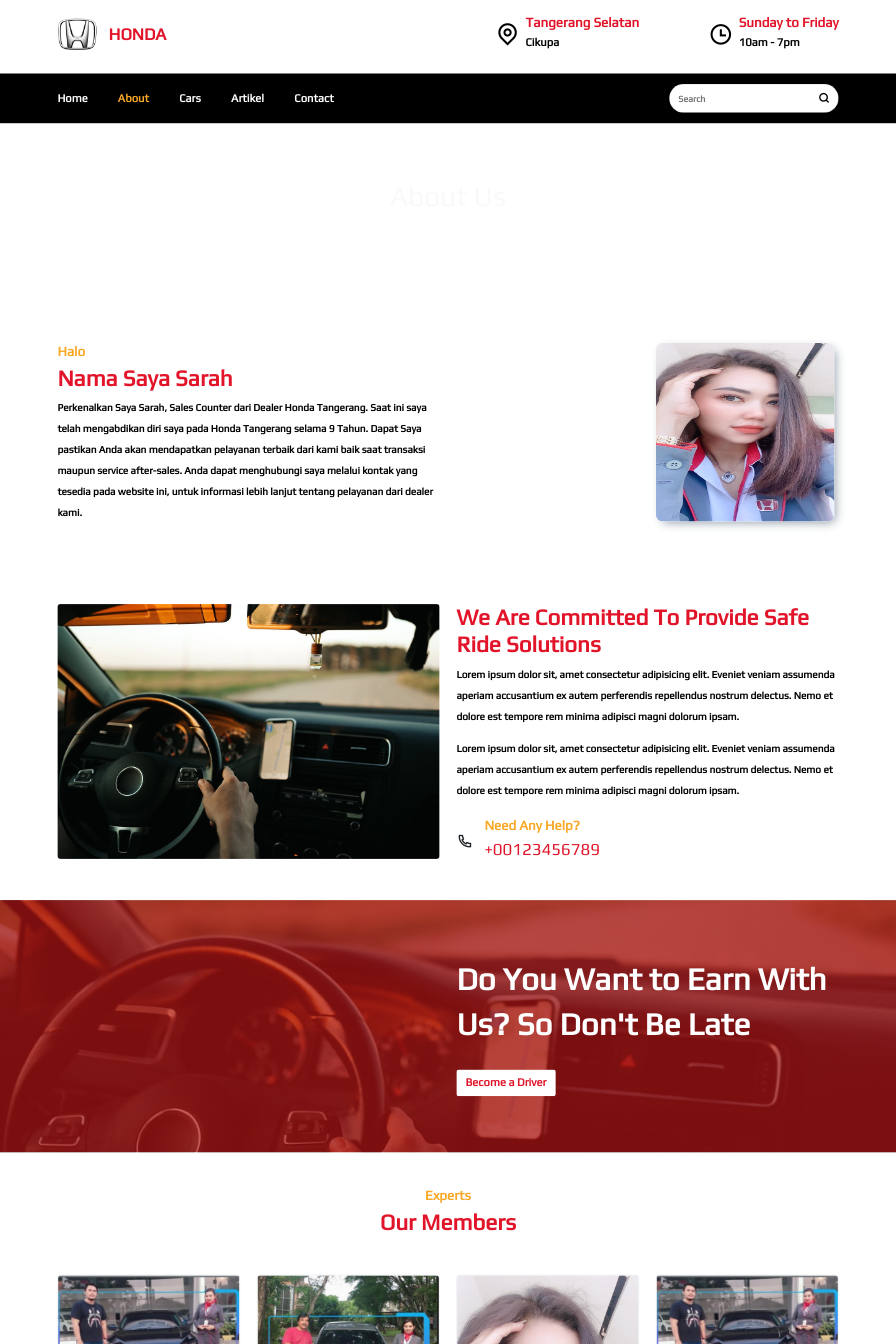
Repository: stevenxylver/Honda
Page: /about
The author's editor kept a copy of each file at every save. The page is drawn from the files as they stood at one save, then again after the next save.
The browser window is 1280 px wide. The pictures show the part of the page from y = 0 to 1920 px (the page is 2834 px tall), at 70% of full size.
Pictures or frames that could not be fetched are drawn as grey boxes. The project was rebuilt for these pictures with package versions that can differ from the ones it lists, and the page was loaded fresh each time. Also part of the build but not shown: src/styles/hero-slider.css, src/components/UI/HeroSlider.jsx, src/components/UI/FindCarForm.jsx, src/styles/services-list.css, src/assets/data/serviceData.js, src/components/UI/ServicesList.jsx, src/components/UI/Example.jsx, src/assets/data/carData.js and 20 more.

Above is the page before, as saved 2022-11-20 10:15:09.

### src/index.css
/* ======== google fonts ======== */
@import url("https://fonts.googleapis.com/css2?family=Source+Sans+Pro:wght@200;300;400;600;700;900&display=swap");
@import url('https://fonts.googleapis.com/css2?family=Play&display=swap');
/* ======= base style ====== */
* {
  margin: 0;
  padding: 0;
  box-sizing: border-box;
  /* font-family: "Source Sans Pro", sans-serif; */
  font-family: 'Play', sans-serif;

}

/* ========= pre-define css ========= */
h1,
h2,
h3,
h4,
h5,
h6 {
  color: #E11429;
  font-weight: 600;
  margin-bottom: 0;
}

h3,
h4 {
  font-size: 1.6rem;
}

h5,
h6 {
  font-size: 1.2rem;
}

a {
  text-decoration: none;
  color: unset;
}

a:hover {
  color: unset;
}

ul {
  margin: 0;
  list-style: none;
}

.section__title {
  color: #E11429;
  font-weight: 600;
  font-size: 2rem;
}

.section__subtitle {
  color: #f9a826;
  font-weight: 600;
  font-size: 1.2rem;
}

.section__description {
  color: #000;
  font-size: 0.9rem;
  line-height: 30px;
  font-weight: 600;
}

section {
  padding: 50px 0px;
}

.btn {
  padding: 7px 15px;
  background: #E11429;
  color: #fff;
  border: none;
  outline: none;
  border-radius: 5px;
  transition: 0.3s;
}

.btn:hover {
  color: #fff !important;
  background: #E11429;
}

@media only screen and (max-width: 768px) {
  section {
    padding: 30px 0px;
  }

  .section__title {
    font-size: 1.6rem;
  }

  .section__subtitle {
    font-size: 1.1rem;
  }
}

### src/components/Footer/Footer.jsx
import React from "react";

import { Container, Row, Col, ListGroup, ListGroupItem } from "reactstrap";
import { Link } from "react-router-dom";
import "../../styles/footer.css";

const quickLinks = [
  {
    path: "/about",
    display: "About",
  },

  {
    path: "#",
    display: "Privacy Policy",
  },

  {
    path: "/cars",
    display: "Car Listing",
  },
  {
    path: "/blogs",
    display: "Blog",
  },

  {
    path: "/contact",
    display: "Contact",
  },
];

const Footer = () => {
  const date = new Date();
  const year = date.getFullYear();
  return (
    <footer className="footer">
      <Container>
        <Row>
          <Col lg="4" md="4" sm="12">
            <div className="logo footer__logo">
              <h1>
                <Link to="/home" className=" d-flex align-items-center gap-2">
                  <i class="ri-car-line"></i>
                  <span>
                    Rent Car <br /> Service
                  </span>
                </Link>
              </h1>
            </div>
            <p className="footer__logo-content">
              Lorem ipsum dolor sit amet consectetur adipisicing elit.
              Consequuntur, distinctio, itaque reiciendis ab cupiditate harum ex
              quam veniam, omnis expedita animi quibusdam obcaecati mollitia?
              Delectus et ad illo recusandae temporibus?
            </p>
          </Col>

          <Col lg="2" md="4" sm="6">
            <div className="mb-4">
              <h5 className="footer__link-title">Quick Links</h5>
              <ListGroup>
                {quickLinks.map((item, index) => (
                  <ListGroupItem key={index} className="p-0 mt-3 quick__link">
                    <Link to={item.path}>{item.display}</Link>
                  </ListGroupItem>
                ))}
              </ListGroup>
            </div>
          </Col>

          <Col lg="3" md="4" sm="6">
            <div className="mb-4">
              <h5 className="footer__link-title mb-4">Head Office</h5>
              <p className="office__info">123 Zindabazar, Sylhet, Bangladesh</p>
              <p className="office__info">Phone: +0995345875365</p>

              <p className="office__info">Email: muhib5532@gmail.com</p>

              <p className="office__info">Office Time: 10am - 7pm</p>
            </div>
          </Col>

          <Col lg="3" md="4" sm="12">
            <div className="mb-4">
              <h5 className="footer__link-title">Newsletter</h5>
              <p className="section__description">Subscribe our newsletter</p>
              <div className="newsletter">
                <input type="email" placeholder="Email" />
                <span>
                  <i class="ri-send-plane-line"></i>
                </span>
              </div>
            </div>
          </Col>

          <Col lg="12">
            <div className="footer__bottom">
              <p className="section__description d-flex align-items-center justify-content-center gap-1 pt-4">
                <i class="ri-copyright-line"></i>Copyright {year}, Developed by
                Muhibur Rahman. All rights reserved.
              </p>
            </div>
          </Col>
        </Row>
      </Container>
    </footer>
  );
};

export default Footer;

### src/styles/header.css
.header__top {
  padding: 10px 0px;
  background: #E11429;
  color: #fff;
}


.honda
{
width: 57px;
height: 57px;
}

.header__top__left {
  display: flex;
  align-items: center;
  column-gap: 1rem;
}

.header__top__left span {
  font-size: 0.9rem;
}

.header__top__help {
  display: flex;
  align-items: center;
  column-gap: 0.4rem;
}

.header__top__help i {
  background: #fff;
  color: #E11429;
  padding: 2px 4px;
  border-radius: 50px;
  font-size: 0.7rem;
}

.header__top__right a {
  text-decoration: none;
  color: #fff;
  font-size: 0.9rem;
}

.header__top__right a:hover {
  color: #fff;
}

/* ============ header middle style =========== */

.header__middle {
  padding: 20px 0px;
}

.logo h1 a span {
  font-size: 1.5rem;
}

.logo h1 a i {
  font-size: 2.2rem;
}

.logo h1 a {
  text-decoration: none;
  color: #E11429;
  font-weight: 900;
}

.logo h1 {
  line-height: 1.5rem;
}

.header__location span i {
  font-size: 2.2rem;
  color: #000000;
}

.header__location-content h4 {
  font-size: 1.2rem;
  font-weight: 700;
  color: #E11429;
}

.header__location-content h6 {
  font-weight: 600;
  color: #000000;
}

.header__btn {
  background: #E11429 !important;
  padding: 10px 20px;
  border: none;
  outline: none;
  border-radius: 5px;
}

.header__btn a {
  display: flex;
  align-items: center;
  column-gap: 0.4rem;
  text-decoration: none;
  color: #fff;
  justify-content: end;
  font-size: 0.9rem;
  font-weight: 1000;
}


.header__btn a:hover {
  color: #fff;
}

/* ================ main navbar styles =========== */

.main__navbar {
  padding: 15px 0px;
  background: #000000;
}

.mobile__menu i {
  color: #fff;
  font-size: 1.3rem;
  cursor: pointer;
}

.mobile__menu {
  display: none;
}

.menu {
  display: flex;
  align-items: center;
  column-gap: 2.7rem;
}

.nav__item {
  color: #fff;
  text-decoration: none;
  transition: 0.3s;
  font-weight: 1000;
}

.nav__item:hover {
  color: #f9a826;
}



.search__box {
  border: 1px solid #7c8a972f;
  padding: 7px 12px;
  display: flex;
  align-items: center;
  border-radius: 50px;
  background: #020a4de9;
}

.search__box {
  border: 1px solid #7c8a972f;
  padding: 7px 12px;
  display: flex;
  align-items: center;
  border-radius: 50px;
  background: #fff;
  font-weight: 1000;
}

.search__box input {
  background: transparent;
  border: none;
  outline: none;
  color: #fff;
  cursor: pointer;
}

.search__box input::placeholder {
  font-size: 0.8rem;
  font-weight:800;
}
.search__box span i {
  color: #000000;
  cursor: pointer;
}

.nav__active {
  color: #f9a826;
}

@media only screen and (max-width: 768px) {
  .header__top,
  .header__middle,
  .nav__right {
    display: none;
  }

  .mobile__menu {
    display: block;
  }

  .navigation {
    background: rgb(0, 13, 107, 0.6);
    width: 100%;
    height: 100%;
    position: fixed;
    top: 0;
    left: 0;
    z-index: 9999;
    display: none;
  }

  .menu {
    width: 250px;
    height: 100%;
    background: #fff;
    display: flex;
    align-items: center;
    flex-direction: column;
    row-gap: 2rem;
    justify-content: center;
  }

  .menu a {
    color: #E11429;
    font-weight: 600;
    font-size: 0.9rem;
  }

  .menu__active {
    display: block;
  }


}

### src/styles/footer.css
.footer {
  background: #000000;
  padding-top: 50px;
  padding-bottom: 15px;
}

.footer__logo i {
  color: #fff;
  font-weight: 400;
}

.footer__logo span {
  color: #fff;
  font-weight: 500;
}

.footer__logo-content {
  color: rgba(255, 255, 255, 0.715);
  margin-top: 15px;
  line-height: 30px;
}

.quick__link {
  border: none !important;
  background: transparent !important;
}

.quick__link a {
  color: rgba(255, 255, 255, 0.715);
  text-decoration: none;
  font-weight: 300;
  transition: 0.3s;
}

.quick__link a:hover {
  color: #f9a826;
}

.footer__link-title {
  color: #fff;
}

.office__info {
  color: rgba(255, 255, 255, 0.715);
  font-weight: 300;
}

.newsletter {
  display: flex;
  align-items: center;
  justify-content: space-between;
  padding: 8px 12px;
  border: 1px solid #7c8a972f;
  border-radius: 50px;
  background: #020a4de9;
}

.newsletter input {
  background: transparent;
  color: #fff;
  border: none;
  outline: none;
}

.newsletter span i {
  color: #fff;
}

.footer__bottom {
  border-top: 1px solid #7c8a972f;
}

@media only screen and (max-width: 768px) {
  .footer__logo-content {
    font-size: 0.8rem;
  }

  .quick__link,
  .office__info {
    font-size: 0.8rem;
    line-height: 1.5rem;
  }

  .footer__link-title {
    font-size: 1rem;
    margin-top: 15px;
  }

  .footer__bottom p {
    font-size: 0.7rem;
  }


}

### src/pages/About.jsx
import React from "react";

import CommonSection from "../components/UI/CommonSection";
import Helmet from "../components/Helmet/Helmet";
import AboutSection from "../components/UI/AboutSection";
import { Container, Row, Col } from "reactstrap";
import BecomeDriverSection from "../components/UI/BecomeDriverSection";

import driveImg from "../assets/all-images/drive.jpg";
import OurMembers from "../components/UI/OurMembers";
import "../styles/about.css";

const About = () => {
  return (
    <Helmet title="About">
      <CommonSection title="About Us" />
      <AboutSection aboutClass="aboutPage" />

      <section className="about__page-section">
        <Container>
          <Row>
            <Col lg="6" md="6" sm="12">
              <div className="about__page-img">
                <img src={driveImg} alt="" className="w-100 rounded-3" />
              </div>
            </Col>

            <Col lg="6" md="6" sm="12">
              <div className="about__page-content">
                <h2 className="section__title">
                  We Are Committed To Provide Safe Ride Solutions
                </h2>

                <p className="section__description">
                  Lorem ipsum dolor sit, amet consectetur adipisicing elit.
                  Eveniet veniam assumenda aperiam accusantium ex autem
                  perferendis repellendus nostrum delectus. Nemo et dolore est
                  tempore rem minima adipisci magni dolorum ipsam.
                </p>

                <p className="section__description">
                  Lorem ipsum dolor sit, amet consectetur adipisicing elit.
                  Eveniet veniam assumenda aperiam accusantium ex autem
                  perferendis repellendus nostrum delectus. Nemo et dolore est
                  tempore rem minima adipisci magni dolorum ipsam.
                </p>

                <div className=" d-flex align-items-center gap-3 mt-4">
                  <span className="fs-4">
                    <i class="ri-phone-line"></i>
                  </span>

                  <div>
                    <h6 className="section__subtitle">Need Any Help?</h6>
                    <h4>+00123456789</h4>
                  </div>
                </div>
              </div>
            </Col>
          </Row>
        </Container>
      </section>

      <BecomeDriverSection />

      <section>
        <Container>
          <Row>
            <Col lg="12" className="mb-5 text-center">
              <h6 className="section__subtitle">Experts</h6>
              <h2 className="section__title">Our Members</h2>
            </Col>
            <OurMembers />
          </Row>
        </Container>
      </section>
    </Helmet>
  );
};

export default About;

### src/components/UI/AboutSection.jsx
import React from "react";
import { Container, Row, Col } from "reactstrap";
import "../../styles/about-section.css";
import aboutImg from "../../assets/all-images/ava-3.jpg";

const AboutSection = ({ aboutClass }) => {
  return (
    <section
      className="about__section"
      style={
        aboutClass === "aboutPage"
          ? { marginTop: "0px" }
          : { marginTop: "280px" }
      }
    >
      <Container>
        <Row>
          <Col lg="6" md="6">
            <div className="about__section-content">
              <h4 className="section__subtitle">Halo</h4>
              <h2 className="section__title">Nama Saya Sarah</h2>
              <p className="section__description">
              Perkenalkan Saya Sarah, Sales Counter dari Dealer Honda Tangerang. Saat ini saya telah mengabdikan diri saya pada Honda Tangerang selama 9 Tahun. Dapat Saya pastikan Anda akan mendapatkan pelayanan terbaik dari kami baik saat transaksi maupun service after-sales. Anda dapat menghubungi saya melalui kontak yang tesedia pada website ini, untuk informasi lebih lanjut tentang pelayanan dari dealer kami.
              </p>


            </div>
          {/* </Col>
          <Col lg="3" md="6"> */}

          </Col>

          <Col md={{
        offset: 3,
        size: 3
      }}>
            <div className="about__img">
              <img src={aboutImg} alt="" className="about"/>
            </div>
          </Col>
        </Row>
      </Container>
    </section>
  );
};

export default AboutSection;

### src/components/UI/BecomeDriverSection.jsx
import React from "react";
import "../../styles/become-driver.css";
import { Container, Row, Col } from "reactstrap";

// import driverImg from "../../assets/all-images/toyota-offer-2.png";

const BecomeDriverSection = () => {
  return (
    <section className="become__driver">
      <Container>
        <Row>
          <Col lg="6" md="6" sm="12" className="become__driver-img">
          <iframe width="100%" height="130%"  src="https://www.youtube.com/embed/w7pgDpsCZ2E" frameborder="0"  title="YouTube video player" allowfullscreen="true"></iframe>
          </Col>


          <Col lg="6" md="6" sm="12">
            <h2 className="section__title become__driver-title">
              Do You Want to Earn With Us? So Don't Be Late
            </h2>

            <button className="btn become__driver-btn mt-4">
              Become a Driver
            </button>
          </Col>
        </Row>
      </Container>
    </section>
  );
};

export default BecomeDriverSection;

### src/components/UI/OurMembers.jsx
import React from "react";
import "../../styles/our-member.css";
import { Col } from "reactstrap";
import { Link } from "react-router-dom";
import ava01 from "../../assets/all-images/ava-1.jpg";
import ava02 from "../../assets/all-images/ava-2.jpg";
import ava03 from "../../assets/all-images/ava-3.jpg";

const OUR__MEMBERS = [
  {
    name: "Jhon Doe",
    experience: "5 years of experience",
    fbUrl: "#",
    instUrl: "#",
    twitUrl: "#",
    linkedinUrl: "#",
    imgUrl: ava01,
  },

  {
    name: "David Lisa",
    experience: "5 years of experience",
    fbUrl: "#",
    instUrl: "#",
    twitUrl: "#",
    linkedinUrl: "#",
    imgUrl: ava02,
  },

  {
    name: "Hilton King",
    experience: "5 years of experience",
    fbUrl: "#",
    instUrl: "#",
    twitUrl: "#",
    linkedinUrl: "#",
    imgUrl: ava03,
  },

  {
    name: "Jhon Doe",
    experience: "5 years of experience",
    fbUrl: "#",
    instUrl: "#",
    twitUrl: "#",
    linkedinUrl: "#",
    imgUrl: ava01,
  },
];

const OurMembers = () => {
  return (
    <>
      {OUR__MEMBERS.map((item, index) => (
        <Col lg="3" md="3" sm="4" xs="6" key={index} className="mb-4">
          <div className="single__member">
            <div className="single__member-img">
              <img src={item.imgUrl} alt="" className="w-100" />

              <div className="single__member-social">
                <Link to={item.fbUrl}>
                  <i class="ri-facebook-line"></i>
                </Link>
                <Link to={item.twitUrl}>
                  <i class="ri-twitter-line"></i>
                </Link>

                <Link to={item.linkedinUrl}>
                  <i class="ri-linkedin-line"></i>
                </Link>

                <Link to={item.instUrl}>
                  <i class="ri-instagram-line"></i>
                </Link>
              </div>
            </div>

            <h6 className="text-center mb-0 mt-3">{item.name}</h6>
            <p className="section__description text-center">
              {item.experience}
            </p>
          </div>
        </Col>
      ))}
    </>
  );
};

export default OurMembers;

### src/styles/find-car-form.css
.find__cars-left {
  /* background: linear-gradient(rgb(0, 0, 0, 0.8), rgb(0, 0,20, 0.8)),
    url("../assets/all-images/toyota-offer-2.png");
  background-position: center;
  background-repeat: no-repeat;
  background-size: cover; */
  padding: 65px 35px;
  background-color: #E11429;
  /* background: linear-gradient(rgb(225, 20, 41, 0.8), rgb(174, 18,20, 0.8)), */
}

.find__cars-left h2 {
  font-weight: 600;
  font-size: 0.875rem;
  color: #fff;
  text-align: center;
  background-color: #E11429;
}


.steer{
  height: 40px;
  width: 40px;
  align-items: center;
  color: #E11429;
}

.find__cars-left h1 {
  /* font-weight: 600; */
  font-size: 0.75rem;
  color: #fff;
  text-align: center;
  background-color: #E11429;
}

.form__group {
  width: 30%;
  margin-bottom: 0;
}

.form__group input {
  border: 1px solid #7c8a972a;
  padding: 8px 12px;

  width: 100%;
  outline: none;
}
.form__group input::placeholder {
  color: #7c8a97;
}

.section__subtitle{
  color: #000;
}

.ava1
{
  height: 285px;
  width: 500px;
  border-radius: 5px;
}

.section__subtitle{
color: #f9a826;
}
.rent__price{
  color: #000;
}

.form {
  background: #fff;
  padding-top: 55px;
  padding-bottom: 50px;
  padding-left: 15px;
  padding-right: 15px;
}

.select__group {
  width: 30%;
}

.select__group select {
  width: 100%;
  padding: 10px 15px;
  border: 1px solid #7c8a972a;
  outline: none;
  color: #7c8a97;
}

.hero__slider-section {
  position: relative;
  z-index: 10;
  margin-bottom: 200px;
}

.hero__form {
  position: absolute;
  bottom: -150px;
  z-index: 11;
  width: 100%;
}

.form__row {
  background: #E11429;
  box-shadow: 5px 5px 15px -5px #7c8a97;
  border-radius: 15px;

}

.journey__time::before {
  content: "Journey time";
  margin-right: 0.8rem;
  color: #7c8a97;
}

.find__car-btn {
  background: #E11429 !important;
  color: #fff !important;
  padding: 8px 15px;
  width: 100%;
  border: none;
  outline: none;
}

@media only screen and (max-width: 992px) {
  .find__cars-left {
    padding: 65px 22px;
  }

  .find__cars-left h2 {
    font-size: 1.5rem;
  }

  .form {
    padding: 30px 10px;
  }

  .form__group input,
  .select__group select {
    padding: 7px 10px;
    font-size: 0.8rem;
  }

  .hero__form {
    bottom: -100px;
  }
}

@media only screen and (max-width: 768px) {
  .find__cars-left {
    padding-top: 20px;
    padding-bottom: 0;
    background: #E11429;
    text-align: center;
  }

  .form {
    padding: 20px 10px;
  }
}

@media only screen and (max-width: 576px) {
  .form__group {
    width: 100%;
    margin: auto;
    margin-bottom: 15px;
  }

  .form__group input {
    font-size: 0.7rem !important;
  }

  .select__group {
    width: 100%;
    padding-right: 10px;
    font-size: 0.7rem;
  }

  .find__car-btn {
    font-size: 0.8rem;
  }

  .find__cars-left h2 {
    font-size: 1rem;
  }

  .hero__form {
    bottom: -250px;
  }
}

### src/styles/about-section.css
.about__section-item {
  column-gap: 3rem;
}

.about{
width: 255px;
height: 255px;
border-radius: 10px;
box-shadow: 5px 5px 15px -5px #7c8a97;
}


.about__section-item p i {
  color: #f9a826;
  font-size: 1.1rem;
}

@media only screen and (max-width: 992px) {
  .about__section-content h2 {
    font-size: 1.5rem;
  }
  .about__section-item {
    column-gap: 3rem;
  }
  .about__section-item p {
    font-size: 0.6rem;
    margin-bottom: 0;
  }

  .section__description i {
    font-size: 0.8rem !important;
  }
}

@media only screen and (max-width: 768px) {
  .about__img {
    margin-top: 30px;
  }
}

@media only screen and (max-width: 576px) {
  .about__section {
    margin-top: 280px;
  }
}

### src/styles/become-driver.css
.become__driver {
  background: linear-gradient(rgb(174, 18,20, 0.7), rgb(174, 18,20, 0.7)),
    url("../assets/all-images/drive.jpg");
  background-position: center;
  background-repeat: no-repeat;
  background-size: cover;
  padding: 80px 0px;
}

.become__driver button {
  background: #fff;
  color: #E11429;
  font-weight: 600;
}

.become__driver-title {
  font-size: 2.8rem;
  color: #fff;
  line-height: 65px;
}

@media only screen and (max-width: 992px) {
  .become__driver-title {
    font-size: 1.5rem;
    line-height: 3rem;
  }
}

@media only screen and (max-width: 768px) {
  .become__driver {
    padding: 50px 0px;
  }

  .become__driver-title {
    font-size: 1.3rem;
    line-height: 2.5rem;
  }

  .become__driver-btn {
    font-size: 0.8rem !important;
  }
}

@media only screen and (max-width: 576px) {
  .become__driver-img {
    display: none;
  }
  .become__driver {
    text-align: center;
  }
}

### src/styles/common-section.css
.common__section {
  background: linear-gradient(rgb(225, 20, 41, 0.8), rgb(174, 18,20, 0.6))
    url("../assets/all-images/drive.jpg");
  background-position: center;
  background-size: cover;
  background-repeat: no-repeat;
  padding: 80px 0px;
}

### src/styles/our-member.css
.single__member {
  border: 1px solid #7c8a972d;
  border-radius: 4px;
}

.single__member-social {
  display: flex;
  align-items: center;
  justify-content: center;
  column-gap: 0.5rem;
  position: absolute;
  top: -100%;
  left: 50%;
  width: 100%;
  height: 100%;
  background: rgb(225, 20, 41, 0.6);
  transform: translateX(-50%);
  border-radius: 4px;
  transition: 0.5s ease;
  opacity: 0;
}

.single__member-social a i {
  width: 28px;
  height: 28px;
  color: #E11429;
  display: flex;
  align-items: center;
  justify-content: center;
  background: #fff;
  border-radius: 50%;
  font-size: 0.9rem;
  font-weight: 600;
}

.single__member-social a {
  text-decoration: none;
  cursor: pointer;
}

.single__member-img {
  position: relative;
  cursor: pointer;
}

.single__member-img img {
  border-radius: 4px;
}

.single__member-img:hover .single__member-social {
  top: 0;
  opacity: 1;
}

Loaded but not shown: public/index.html (common file); src/index.js (common file); src/App.js (common file); src/components/Layout/Layout.jsx (common file); src/components/Helmet/Helmet.js (common file); src/components/UI/CommonSection.jsx (common file); src/styles/about.css (common file); src/routers/Routers.js (28 lines, source omitted); src/components/Header/Header.jsx (138 lines, source omitted)

After the next save:
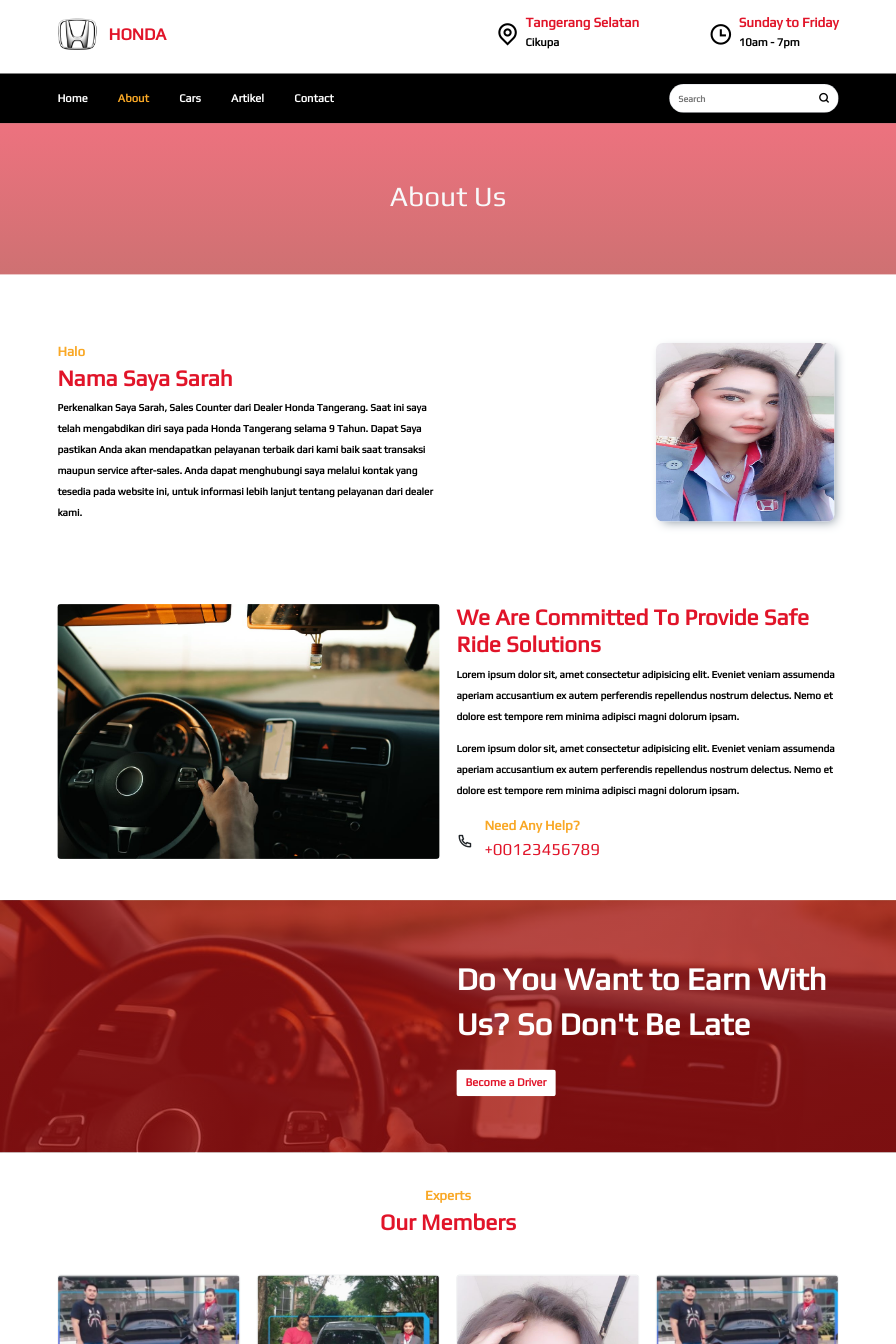
Saved 24 s later.
--- a/src/styles/common-section.css
+++ b/src/styles/common-section.css
@@ -1,5 +1,5 @@
 .common__section {
-  background: linear-gradient(rgb(225, 20, 41, 0.8), rgb(174, 18,20, 0.6))
+  background: linear-gradient(rgb(225, 20, 41, 0.6), rgb(174, 18,20, 0.6));
     url("../assets/all-images/drive.jpg");
   background-position: center;
   background-size: cover;
